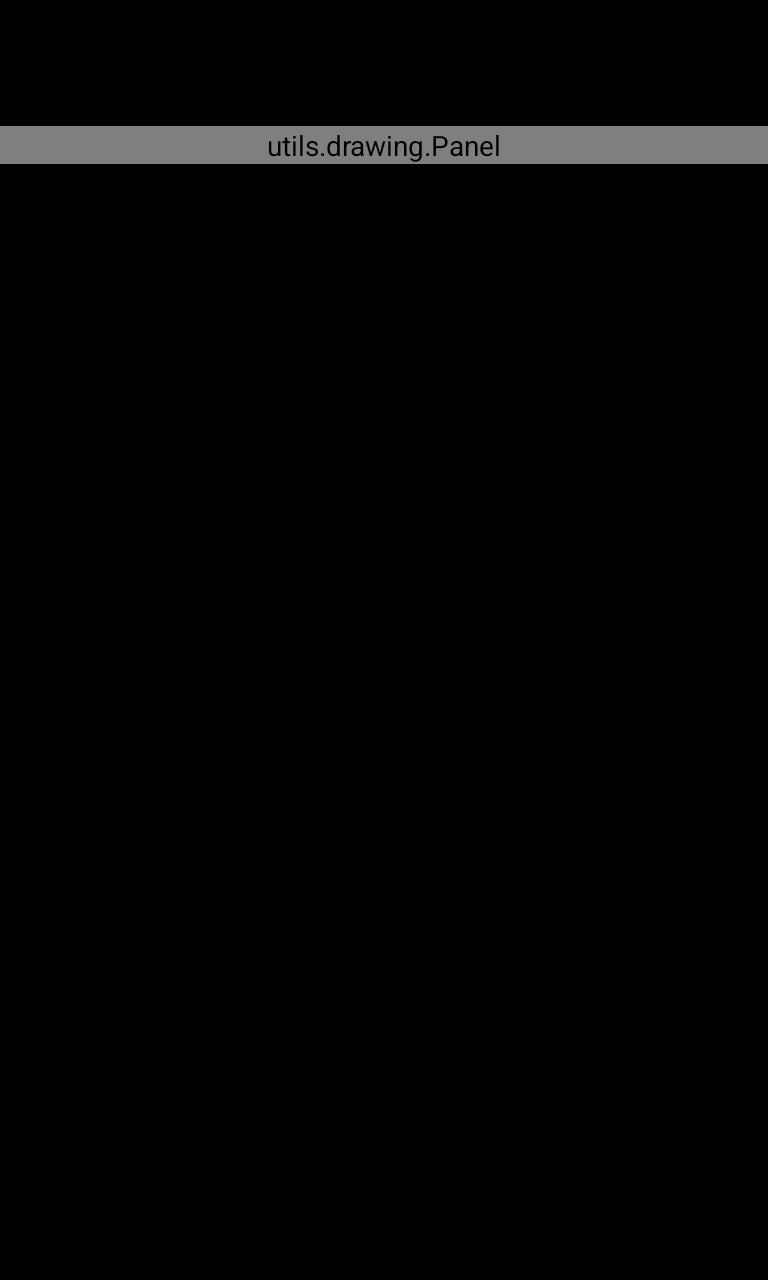
Repository: matthew-robertson/PhysLab
Layout: Phys Lab/Phys Lab/res/layout/activity_graphing.xml
An editor plug-in stored every save of this project. The layout is shown before and after the next save, followed by the edit.
Pictures or frames that could not be fetched are drawn as grey boxes. It is drawn on a 768 x 1280 px phone screen (xhdpi) without system bars, with theme android:Theme.Holo; the app's code is not run.

Above is the layout before, as saved 2013-01-20 04:30:37.

After the next save:
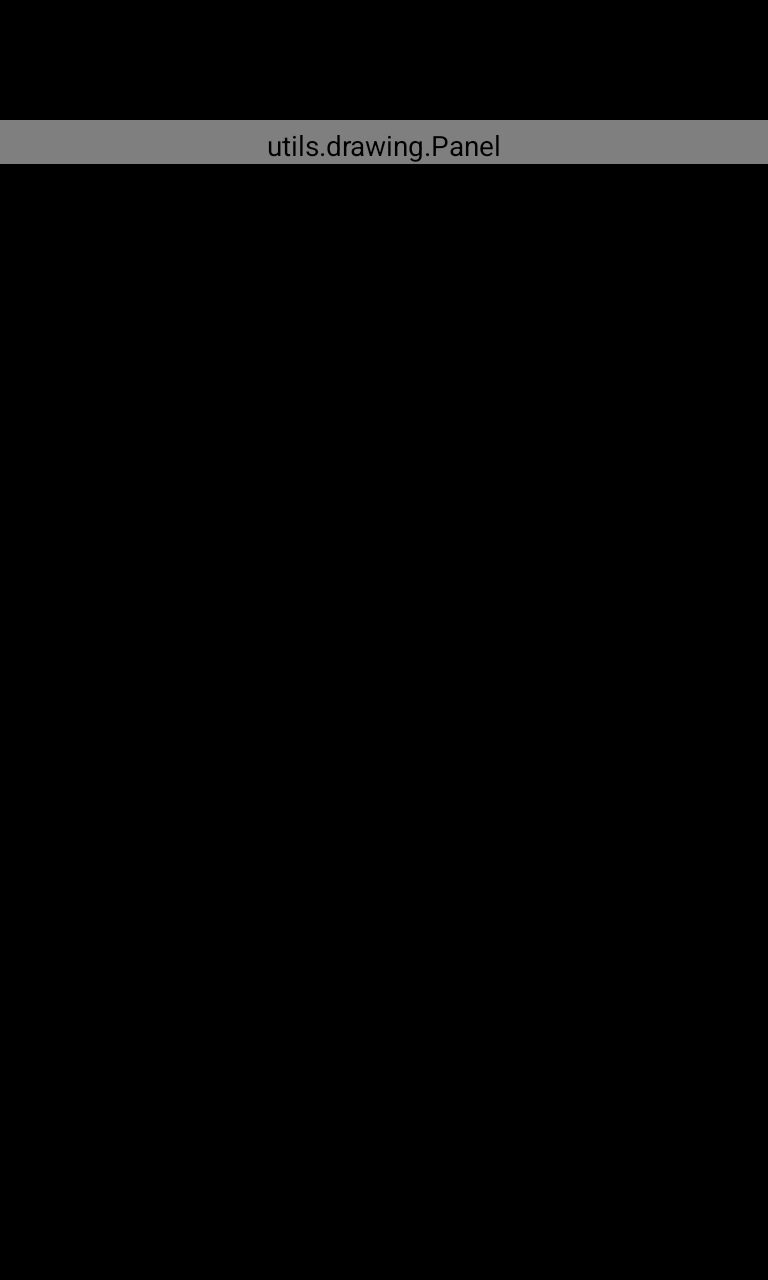
Saved 13 min 43 s later.
--- a/Phys Lab/Phys Lab/res/layout/activity_graphing.xml
+++ b/Phys Lab/Phys Lab/res/layout/activity_graphing.xml
@@ -52,14 +52,11 @@
                 android:orientation="vertical"
                 android:paddingTop="60dp" >
 
-                <utils.drawing.Panel
-                    android:id="@+id/panel_position_time"
-                    android:layout_width="fill_parent"
-                    android:layout_height="wrap_content"
-                    android:layout_marginLeft="0dp"
-                    android:layout_marginRight="0dp"
-                    android:layout_marginTop="3dp"
-                    android:background="#FFFFFF" />
+                <com.androidplot.xy.XYPlot
+    android:id="@+id/mySimpleXYPlot"
+    android:layout_width="fill_parent"
+    android:layout_height="wrap_content"
+    title="Stats"/>
             </LinearLayout>
 
             <!-- Velocity Time -->
